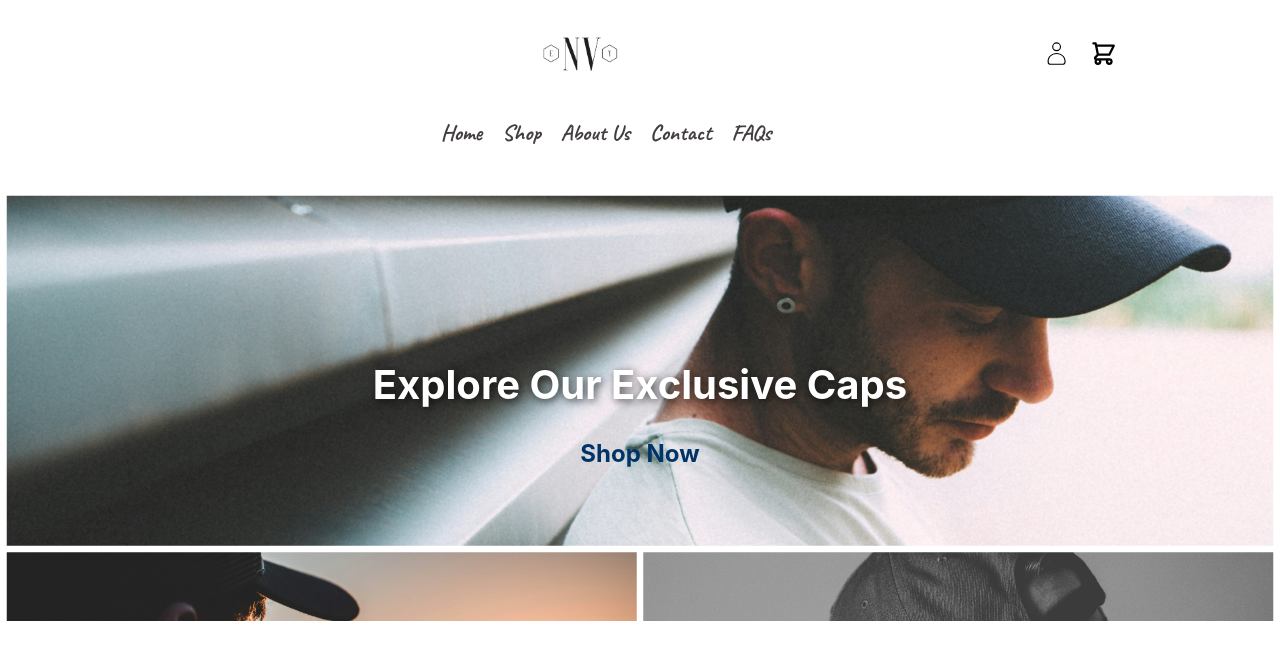
Repository: lasity34/new-envy
Page: / (app in my-new-envy/)
An editor plug-in stored every save of this project. The page is shown before and after the next save, followed by the edit.
The browser window is 1280 px wide. The pictures show the whole page.
The project was rebuilt for these pictures with package versions that can differ from the ones it lists, and the page was loaded fresh each time.

Above is the page before, as saved 2024-04-22 10:14:41.

After the next save:
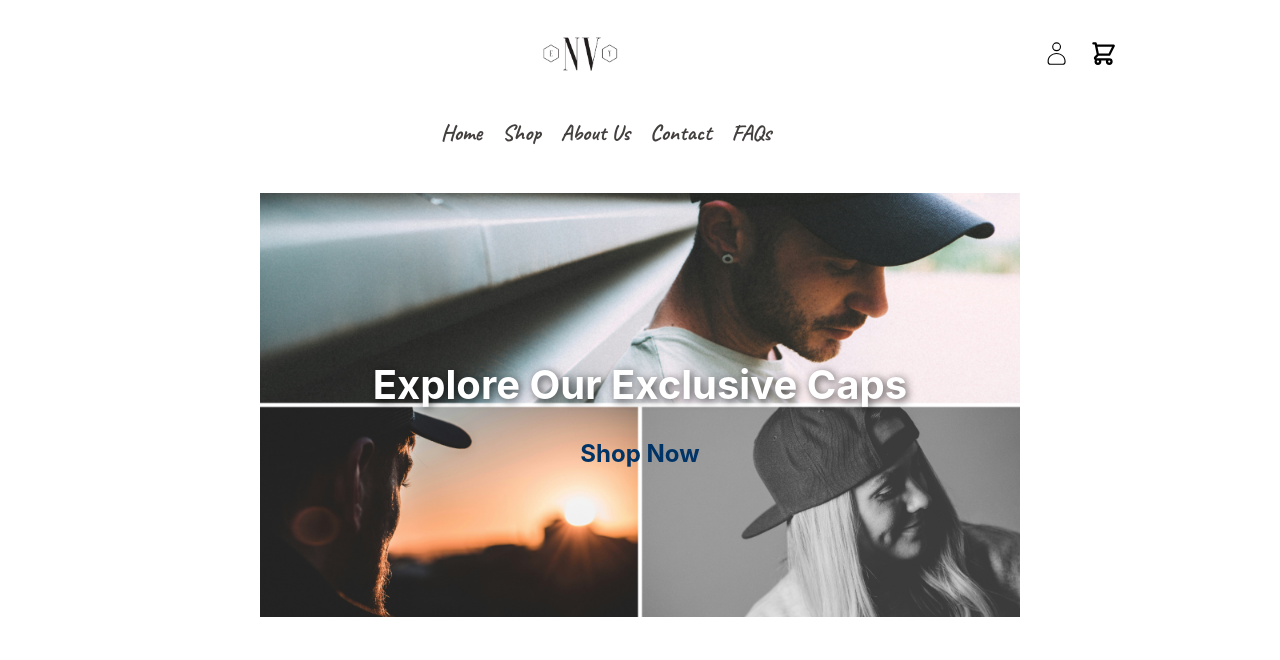
Saved 92 s later.
--- a/my-new-envy/src/components/HeroBanner.tsx
+++ b/my-new-envy/src/components/HeroBanner.tsx
@@ -3,9 +3,11 @@ import styled from 'styled-components';
 import { Link } from 'react-router-dom';
 
 const BannerContainer = styled.div`
-  background-image: url('images/hero-background.png'); // Put the path to your hero image here
+  background-image: url('images/hero-background.png');
   height: 60vh;
-  background-size: cover;
+  background-size: contain;
+  background-repeat: no-repeat;
+  background-position: center;
   display: flex;
   justify-content: center;
   align-items: center;
@@ -13,6 +15,7 @@ const BannerContainer = styled.div`
   text-align: center;
   color: white;
 `;
+
 
 const Tagline = styled.h1`
   font-size: 2.5rem;
